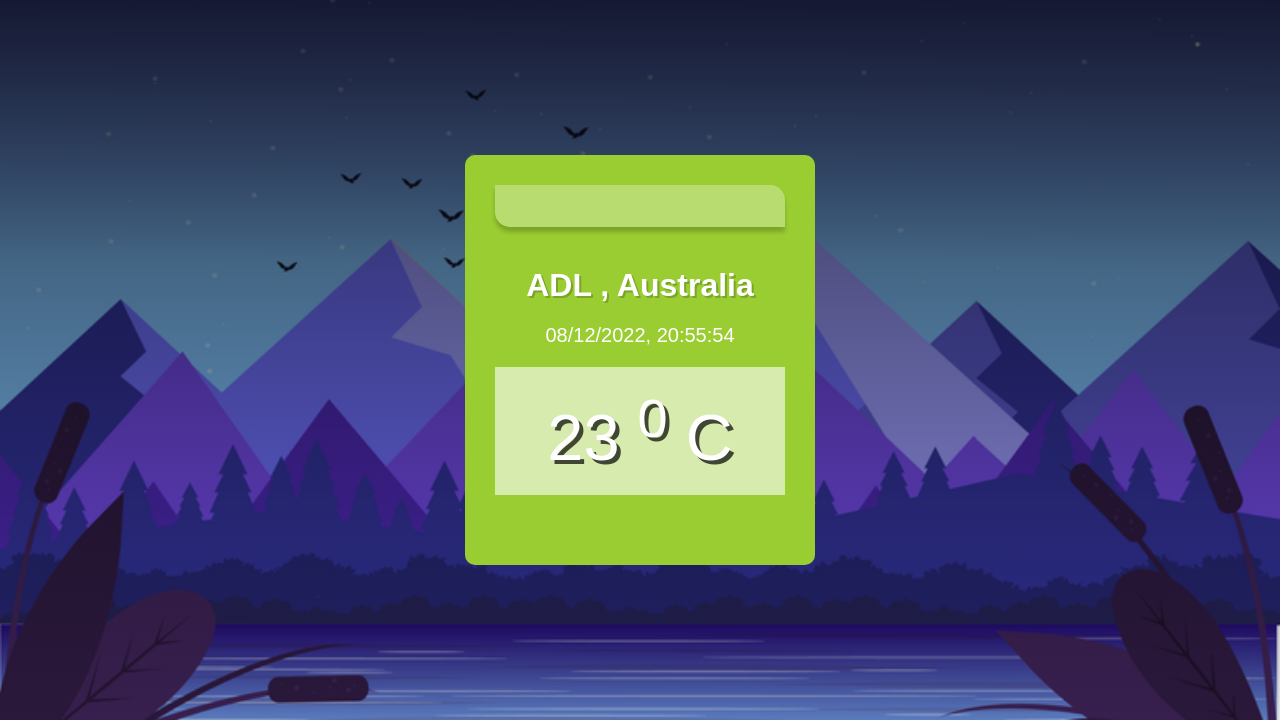
Repository: andrewhuynh561/weather-app-1
Page: index.html
An editor plug-in stored every save of this project. The page is shown before and after the next save, followed by the edit.
The browser window is 1280 px wide. The pictures show the whole page.

Above is the page before, as saved 2022-12-08 21:01:38.

After the next save:
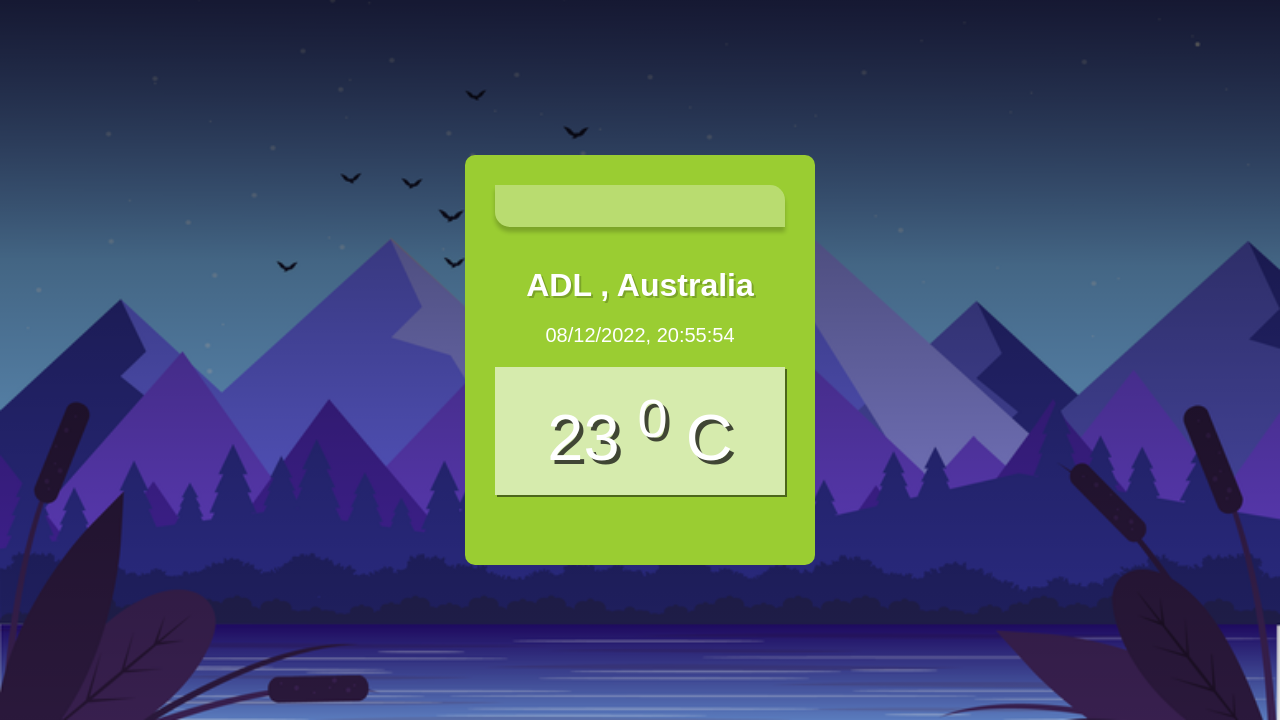
Saved 13 s later.
--- a/style.css
+++ b/style.css
@@ -51,5 +51,5 @@ body{
     text-shadow: 4px 4px rgba(0,0,0,0.7);
     background: rgba(255,255,255,0.6);
     padding: 20px ;
-    box-shadow: 2px;
+    box-shadow: 2px 2px rgba(0,0,0,0.5);
 }
